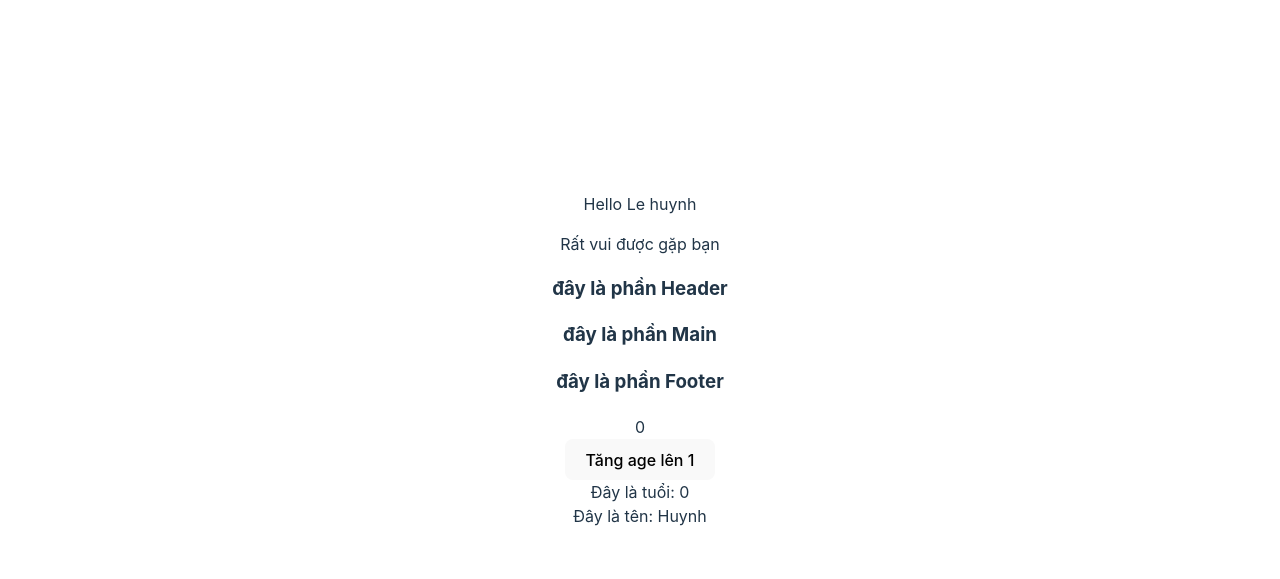
Repository: Lehuyhuynh/BT_ReactJs
Page: / (app in vite-project/)
These files come from the project's save history. The page is drawn as it stood at one moment and after the next save; the edit follows.
The browser window is 1280 px wide. The pictures show the whole page.
The project was rebuilt for these pictures with package versions that can differ from the ones it lists, and the page was loaded fresh each time. Also part of the build but not shown: vite-project/vite.config.js.

Above is the page before, as saved 2023-09-25 14:31:45.

### vite-project/src/App.jsx
import HelloWorld from "./BaiHoc9/HelloWorld";
import BTH2 from "./BaiHoc9/BTH2";
import BTH3 from "./BaiHoc9/BTH3.JSX";
import "./App.css";

function App() {
  return (
    <>
      <HelloWorld></HelloWorld>
      <BTH2></BTH2>
      <BTH3></BTH3>
    </>
  );
}

export default App;

### vite-project/src/BaiHoc9/HelloWorld.jsx
function HelloWorld() {
  const user = {
    ho: "Le",
    name: "huynh",
  };
  return (
    <div>
      Hello {user.ho} {user.name}
      <p>Rất vui được gặp bạn</p>
    </div>
  );
}
export default HelloWorld;

### vite-project/src/BaiHoc9/BTH2.jsx
function BTH2() {
  return (
    <div>
      <h3>đây là phần Header</h3>
      <h3>đây là phần Main</h3>
      <h3>đây là phần Footer</h3>
    </div>
  );
}
export default BTH2;

### vite-project/src/BaiHoc9/BTH3.JSX
import { useState } from "react";

const DemoComponent = (props) => {
  console.log(3, props);
  return (
    <div>
      <div>Đây là tuổi: {props.age}</div>
      <div>Đây là tên: {props.displayName}</div>
    </div>
  );
};
function BTH3() {
  const [age, setAge] = useState(0);
  const [name, setName] = useState("Huynh");

  const onIncreaseAge = () => {
    setAge(age + 1);
    setName();
  };

  return (
    <div className="container">
      <div>{age}</div>
      <button onClick={onIncreaseAge}>Tăng age lên 1</button>
      <DemoComponent age={age} displayName={name} />
    </div>
  );
}
export default BTH3;

### vite-project/src/BaiHoc9/BTH4.jsx
function BTH4() {
  const [userInput, setUserInput] = useState("");
  const handleInputChange = (e) => {
    setUserInput(e.target.value);
  };
  const handleButtonClick = (e) => {
    alert(userInput);
  };
  return (
    <div>
      <input
        type="text"
        name="user"
        placeholder="Please type somthing"
        onChange={handleInputChange}
      />
      <button onClick={handleButtonClick}>Print</button>
    </div>
  );
}
export default BTH4;

Loaded but not shown: vite-project/index.html (common file); vite-project/src/main.jsx (common file); vite-project/src/index.css (common file); vite-project/src/App.css (common file)

After the next save:
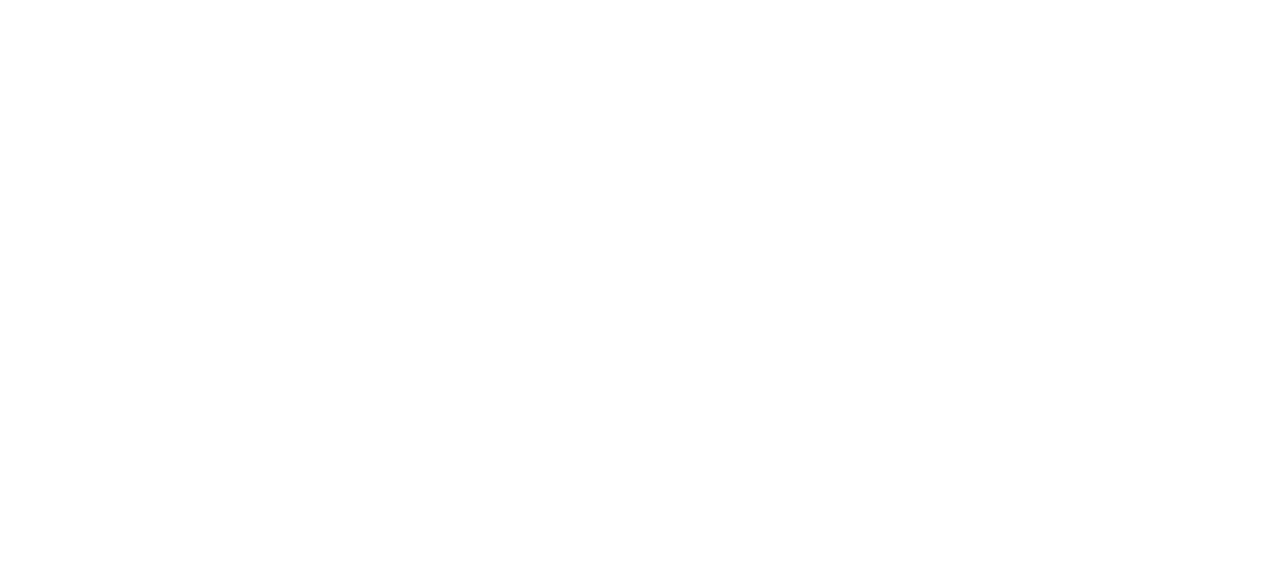
Console error: ReferenceError: useState is not defined
Saved 30 s later.
--- a/vite-project/src/App.jsx
+++ b/vite-project/src/App.jsx
@@ -1,6 +1,7 @@
 import HelloWorld from "./BaiHoc9/HelloWorld";
 import BTH2 from "./BaiHoc9/BTH2";
 import BTH3 from "./BaiHoc9/BTH3.JSX";
+import BTH4 from "./BaiHoc9/BTH4";
 import "./App.css";
 
 function App() {
@@ -9,6 +10,7 @@ function App() {
       <HelloWorld></HelloWorld>
       <BTH2></BTH2>
       <BTH3></BTH3>
+      <BTH4></BTH4>
     </>
   );
 }

After the save that followed:
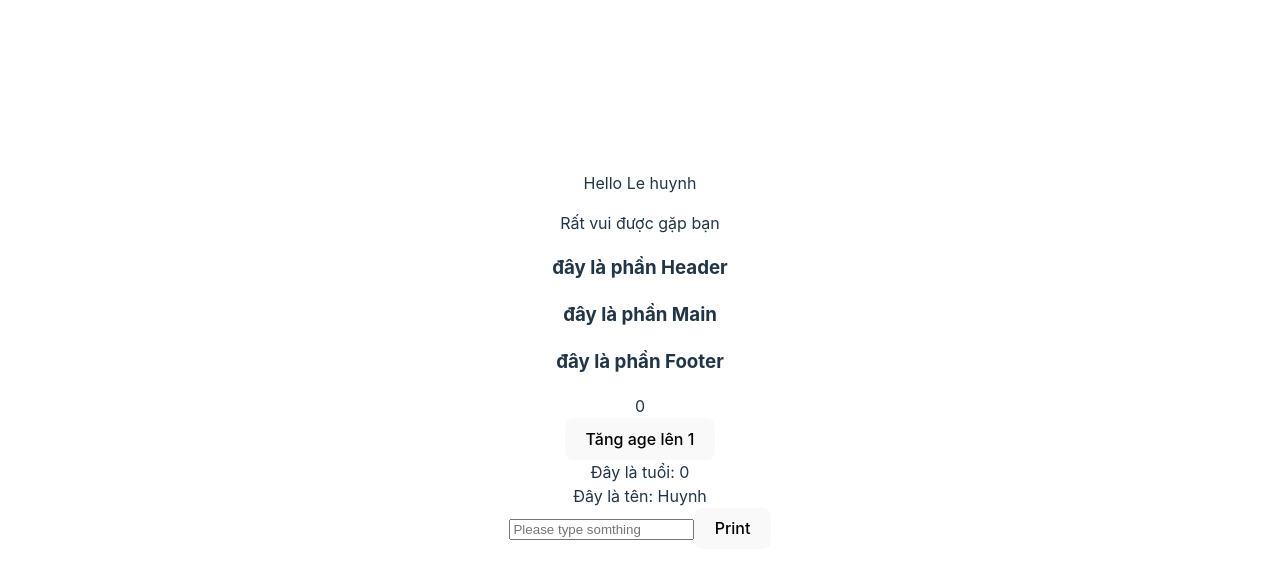
The error is gone.
Saved 91 s later.
--- a/vite-project/src/BaiHoc9/BTH4.jsx
+++ b/vite-project/src/BaiHoc9/BTH4.jsx
@@ -1,3 +1,5 @@
+import { useState } from "react";
+
 function BTH4() {
   const [userInput, setUserInput] = useState("");
   const handleInputChange = (e) => {
